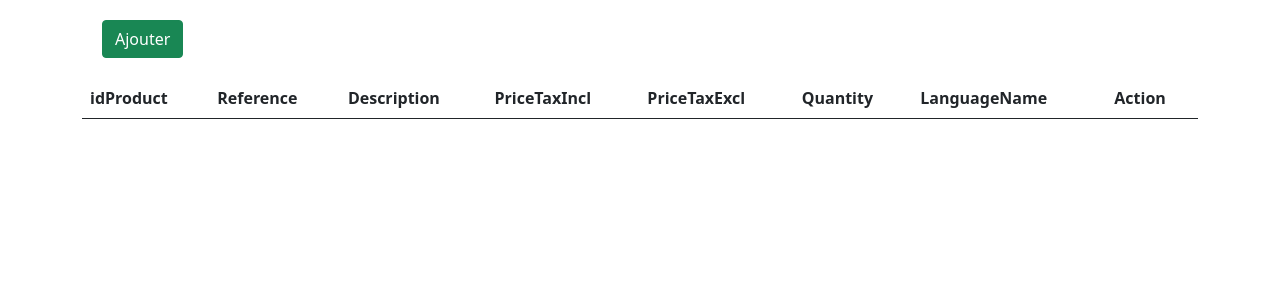
Repository: ahamie71/CrUDPOO
Page: http://localhost/index.php?action=AfficheCrud
An editor plug-in stored every save of this project. The page is shown before and after a run of saves, followed by the edit.
The browser window is 1280 px wide. The pictures show the whole page.
The page is run by PHP 8.4 with error messages shown; the project is at /var/www/html/. Queries for data that is not in the repository find no rows.

Above is the page before, as saved 2023-07-25 14:52:40.

After the next 2 saves:
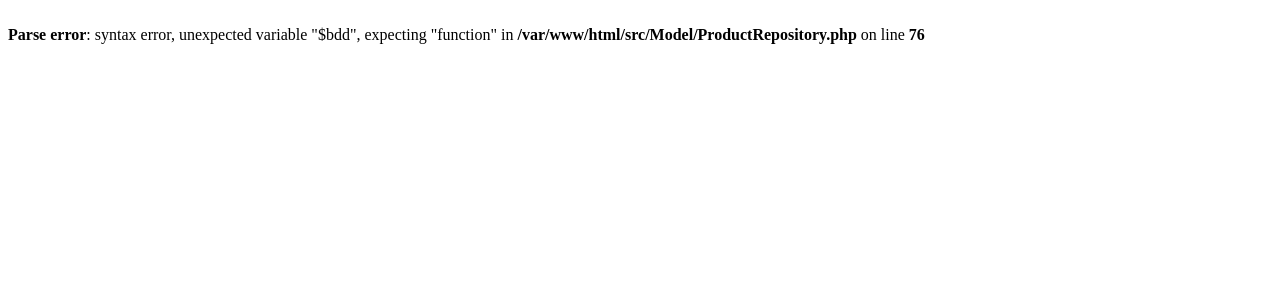
The 2 saves are shown as one change because they came seconds apart.
The last was saved 6 s later.
--- a/src/Model/ProductRepository.php
+++ b/src/Model/ProductRepository.php
@@ -71,8 +71,8 @@
 //         $delet->execute();
 //     }
 
-    public function editPost($content, $id, $title)
-    {
+
+
         $bdd = new Database();
         function updateProduct($idProduct, $reference, $description, $priceTaxIncl, $priceTaxExcl, $idLang, $quantity)
         {

After the 2 saves that followed:
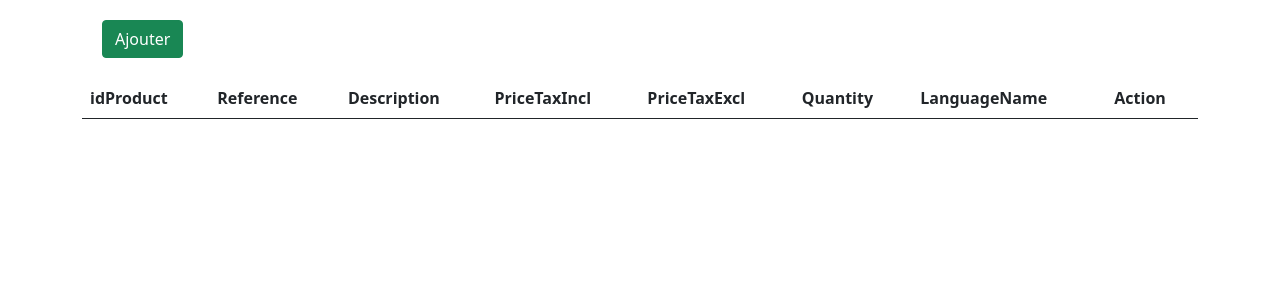
The 2 saves are shown as one change because they came seconds apart.
The last was saved 8 s later.
--- a/src/Model/ProductRepository.php
+++ b/src/Model/ProductRepository.php
@@ -72,8 +72,6 @@
 //     }
 
 
-
-        $bdd = new Database();
         function updateProduct($idProduct, $reference, $description, $priceTaxIncl, $priceTaxExcl, $idLang, $quantity)
         {
             $bdd = new Database();
@@ -100,4 +98,3 @@
         }
 
     }
-}
